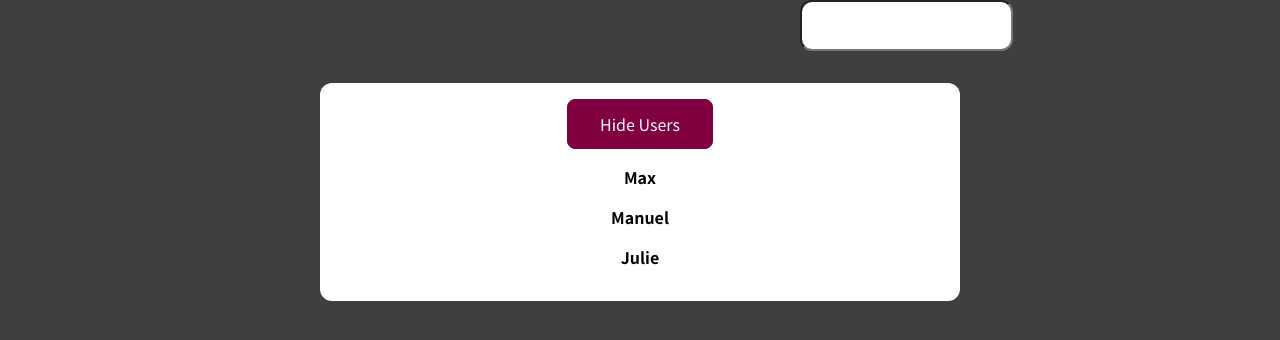
Repository: prathmeshgodbole/React-Class-Based
Page: /
The author's editor kept a copy of each file at every save. The page is drawn from the files as they stood at one save, then again after the next save.
The browser window is 1280 px wide. The pictures show the whole page.
The project was rebuilt for these pictures with package versions that can differ from the ones it lists, and the page was loaded fresh each time.

Above is the page before, as saved 2021-07-15 15:24:04.

### src/App.js
import UserFinder from './components/UserFinder';
// import Users from './components/Users';

function App() {
  return (
    <div>
    <UserFinder/>
    </div>
  );
}

export default App;

### src/components/UserFinder.js
import { Fragment, useState, useEffect } from 'react';
import classes from './UserFinder.module.css'
import Users from './Users';

const DUMMY_USERS = [
  { id: "u1", name: "Max" },
  { id: "u2", name: "Manuel" },
  { id: "u3", name: "Julie" },
];

const UserFinder = () => {
  const [filteredUsers, setFilteredUsers] = useState(DUMMY_USERS);
  const [searchTerm, setSearchTerm] = useState('');

  useEffect(() => {
    setFilteredUsers(
      DUMMY_USERS.filter((user) => user.name.includes(searchTerm))
    );
  }, [searchTerm]);

  const searchChangeHandler = (event) => {
    setSearchTerm(event.target.value);
  };

  return (
    <Fragment >
      <input className={classes.finder} type='search' onChange={searchChangeHandler} />
      <Users users={filteredUsers} />
    </Fragment>
  );
};

export default UserFinder;

### src/components/UserFinder.module.css
.finder {
    margin-left: 50rem;
    /* margin: 2rem auto; */
    background-color: white;
    padding: 1rem;
    border-radius: 12px;
    max-width: 40rem;
    text-align: center;
}

### src/components/Users.js
import { Component } from "react";
import User from "./User";

import classes from "./Users.module.css";


class Users extends Component {
  constructor() {
    super();
    this.state = {
      showUsers: true,
    };
  }

  toggleUsersHandler() {
    this.setState((curState) => {
      return{
        showUsers:!curState.showUsers
      };
    });
  }

  render() {
    const usersList = (
    <ul>
      {this.props.users.map((user) => (
        <User key={user.id} name={user.name} />
      ))}
    </ul>
  );
    return (
      <div className={classes.users}>
        <button onClick={this.toggleUsersHandler.bind(this)}>
          {this.state.showUsers ? "Hide" : "Show"} Users
        </button>
        {this.state.showUsers && usersList}
      </div>
    );
  }
}

// const Users = () => {
//   const [showUsers, setShowUsers] = useState(true);

//   const toggleUsersHandler = () => {
//     setShowUsers((curState) => !curState);
//   };

  // const usersList = (
  //   <ul>
  //     {DUMMY_USERS.map((user) => (
  //       <User key={user.id} name={user.name} />
  //     ))}
  //   </ul>
  // );

  // return (
  //   <div className={classes.users}>
  //     <button onClick={toggleUsersHandler}>
  //       {showUsers ? 'Hide' : 'Show'} Users
  //     </button>
  //     {showUsers && usersList}
  //   </div>
  // );
// };

export default Users;

### src/components/User.js
import React,{Component} from 'react';
import classes from './User.module.css';


class User extends Component{
  render(){
    return <li className={classes.user}>{this.props.name}</li>;
  }
}

// const User = (props) => {
//   return <li className={classes.user}>{props.name}</li>;
// };

export default User;

Loaded but not shown: public/index.html (common file); src/index.js (common file); src/index.css (common file); src/components/Users.module.css (common file); src/components/User.module.css (common file)

After the next save:
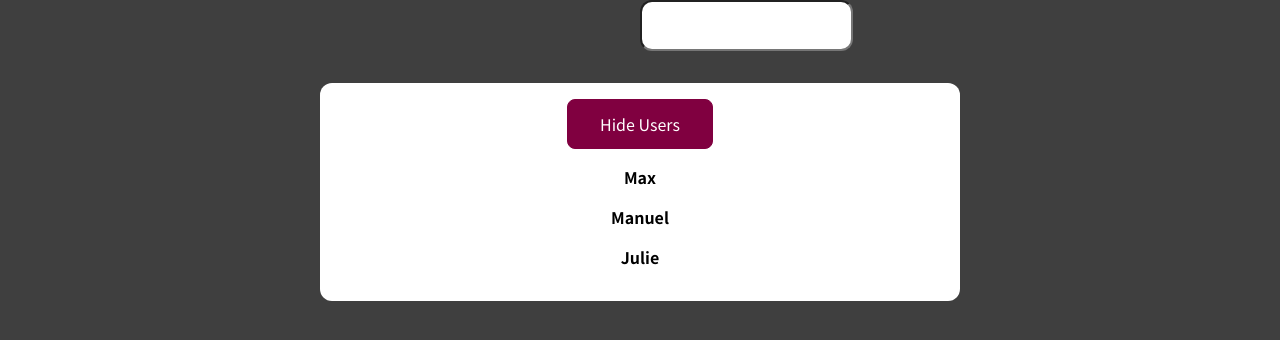
Saved 6 s later.
--- a/src/components/UserFinder.module.css
+++ b/src/components/UserFinder.module.css
@@ -1,5 +1,5 @@
 .finder {
-    margin-left: 50rem;
+    margin-left: 40rem;
     /* margin: 2rem auto; */
     background-color: white;
     padding: 1rem;
